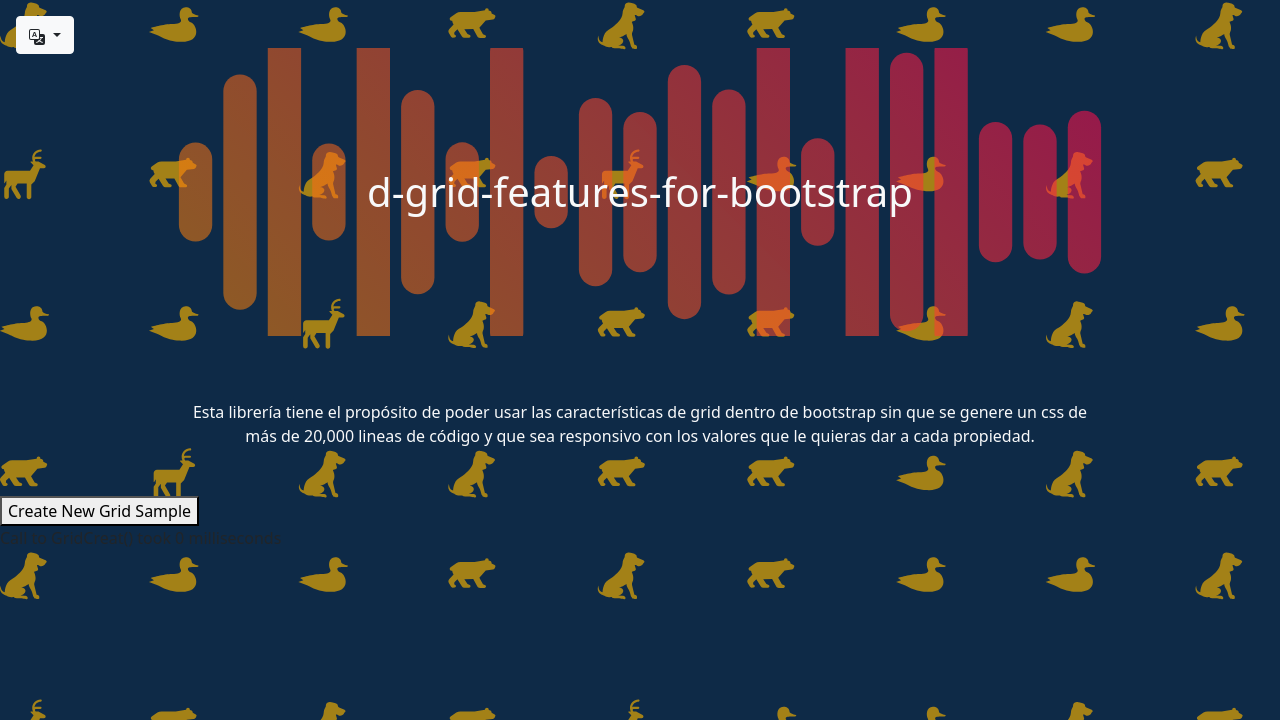
Repository: LynxPardelle/d-grid-features-for-bootstrap
Page: index.html
The author's editor kept a copy of each file at every save. The page is drawn from the files as they stood at one save, then again after the next save.
The browser window is 1280 px wide. The pictures show the whole page.

Above is the page before, as saved 2022-06-23 00:37:14.
Not found: gfbs-styles.css

### index.html
<!DOCTYPE html>
<html lang="es">
  <head>
    <meta charset="UTF-8" />
    <meta http-equiv="X-UA-Compatible" content="IE=edge" />
    <meta name="viewport" content="width=device-width, initial-scale=1.0" />
    <meta name="author" content="Lynx Pardelle" />
    <title>d-grid-features-for-bootstrap</title>
    <link
      href="https://cdn.jsdelivr.net/npm/bootstrap@5.1.3/dist/css/bootstrap.min.css"
      rel="stylesheet"
      integrity="sha384-1BmE4kWBq78iYhFldvKuhfTAU6auU8tT94WrHftjDbrCEXSU1oBoqyl2QvZ6jIW3"
      crossorigin="anonymous"
    />
    <link rel="stylesheet" href="./style.css" />
    <link rel="stylesheet" href="./gfbs-styles.css" />
  </head>
  <body>
    <!-- Change Language -->
    <div class="dropdown">
      <button
        id="switch-lang"
        class="d-block btn btn-light text-dark position-fixed top-0 start-0 mt-3 ms-3 dropdown-toggle"
        type="button"
        id="dropDownLang"
        data-bs-toggle="dropdown"
        aria-expanded="false"
      >
        <svg
          xmlns="http://www.w3.org/2000/svg"
          width="16"
          height="16"
          fill="currentColor"
          class="bi bi-translate"
          viewBox="0 0 16 16"
        >
          <path
            d="M4.545 6.714 4.11 8H3l1.862-5h1.284L8 8H6.833l-.435-1.286H4.545zm1.634-.736L5.5 3.956h-.049l-.679 2.022H6.18z"
          />
          <path
            d="M0 2a2 2 0 0 1 2-2h7a2 2 0 0 1 2 2v3h3a2 2 0 0 1 2 2v7a2 2 0 0 1-2 2H7a2 2 0 0 1-2-2v-3H2a2 2 0 0 1-2-2V2zm2-1a1 1 0 0 0-1 1v7a1 1 0 0 0 1 1h7a1 1 0 0 0 1-1V2a1 1 0 0 0-1-1H2zm7.138 9.995c.193.301.402.583.63.846-.748.575-1.673 1.001-2.768 1.292.178.217.451.635.555.867 1.125-.359 2.08-.844 2.886-1.494.777.665 1.739 1.165 2.93 1.472.133-.254.414-.673.629-.89-1.125-.253-2.057-.694-2.82-1.284.681-.747 1.222-1.651 1.621-2.757H14V8h-3v1.047h.765c-.318.844-.74 1.546-1.272 2.13a6.066 6.066 0 0 1-.415-.492 1.988 1.988 0 0 1-.94.31z"
          />
        </svg>
      </button>
      <ul class="dropdown-menu" aria-labelledby="dropDownLang">
        <li>
          <button class="w-100 btn text-center" onclick="SwitchLang('es')">
            Español
          </button>
        </li>
        <hr />
        <li>
          <button class="w-100 btn text-center" onclick="SwitchLang('en')">
            English
          </button>
        </li>
      </ul>
    </div>

    <h1 class="text-center text-light my-5">d-grid-features-for-bootstrap</h1>

    <div class="text-center text-light p-3 my-3 w-75 mx-auto">
      <p lang="en">
        This library has the purpose of being able to use the grid features
        within bootstrap without generating a css of more than 20,000 lines of
        code and that is responsive with the values that you want to give to
        each property.
      </p>
      <p lang="es">
        Esta librería tiene el propósito de poder usar las características de
        grid dentro de bootstrap sin que se genere un css de más de 20,000
        lineas de código y que sea responsivo con los valores que le quieras dar
        a cada propiedad.
      </p>
    </div>

    <!-- <section class="d-grid bg-dark" data-gfbs data-gfbs-gtc="repeat(4, 1fr)" data-gfbs-gtr="repeat(2, 50px)" > -->
    <!-- <section class="d-grid bg-dark" data-gfbs data-gfbs-gta='"f f b c c a"" f f d e e a"'> -->
    <div id="grid-container"></div>

    <button onclick="CreateNewGridSample();">Create New Grid Sample</button>

    <footer>
      <div id="gfbTimer"></div>
    </footer>

    <script
      src="https://cdn.jsdelivr.net/npm/bootstrap@5.1.3/dist/js/bootstrap.bundle.min.js"
      integrity="sha384-ka7Sk0Gln4gmtz2MlQnikT1wXgYsOg+OMhuP+IlRH9sENBO0LRn5q+8nbTov4+1p"
      crossorigin="anonymous"
    ></script>
    <script src="./d-grid.js"></script>
    <script src="./langChanger.js"></script>
    <script src="./index.js"></script>
  </body>
</html>

### d-grid.js
"use strict";

let alreadyCreatedClasses = [];
let alreadyCreatedClassesNames = [];

async function GridCreate() {
  try {
    let sheets = [...document.styleSheets];
    let filetedSheet = [];
    for (let sheet of sheets) {
      if (sheet.href?.includes("gfbs-styles")) {
        filetedSheet.push(sheet);
      }
    }
    sheets = filetedSheet;
    let startTimeGridCreat = performance.now();
    // let wWidth = window.innerWidth;
    let gridElements = document.querySelectorAll("[data-gfbs]");
    let gfbsStringed = "";
    let gfbsStringedSM = "";
    let gfbsStringedMD = "";
    let gfbsStringedLG = "";
    let gfbsStringedXl = "";
    let gfbsStringedXXL = "";
    for (let gridElement of gridElements) {
      let newClasses = [];
      for (let attribute of gridElement.attributes) {
        let at = attribute.localName;
        let attValue = attribute.value;

        if (at.includes("gfbs-")) {
          let gfb = at.replace("data-", "");
          let newRandomClassName;
          do {
            newRandomClassName = await randomString(8);
          } while (
            alreadyCreatedClassesNames.includes(`${gfb}-${newRandomClassName}`)
          );
          let gfbStringed = `.${gfb}-${newRandomClassName}`;
          let aCrClMessage;
          for (let aCrCl of alreadyCreatedClasses) {
            let aClass = aCrCl.split("DIVISOR")[0];
            let aAttVal = aCrCl.split("DIVISOR")[1];
            if (attValue === aAttVal) {
              newClasses.push(aClass);
              aCrClMessage = "continue";
            }
          }
          if (aCrClMessage === "continue") {
            continue;
          }
          if (
            sheets
              .map((s) =>
                [...s.cssRules].reverse().find(
                  (i) =>
                    i.cssText.includes(gfbStringed) ||
                    i.cssText.includes(
                      attValue
                        .replace(/\n/g, "")
                        .replace(/\s\s/g, "")
                        .replace(/end\]\[row/g, "end row")
                        .replace("]/", "] /")
                    )
                )
              )
              .filter((i) => i)
              .pop()
          ) {
            continue;
          }
          alreadyCreatedClasses.push(
            `${gfb}-${newRandomClassName}DIVISOR${attValue}`
          );
          newClasses.push(`${gfb}-${newRandomClassName}`);
          let gfbSplited = await gfb.split("-");
          let hasBP = false;
          let property = gfbSplited[1];
          if (
            gfbSplited[2] === "sm" ||
            gfbSplited[2] === "md" ||
            gfbSplited[2] === "lg" ||
            gfbSplited[2] === "xl" ||
            gfbSplited[2] === "xxl"
          ) {
            hasBP = true;
          }
          switch (property) {
            // Container
            case "custom":
              gfbStringed += `{${attValue}}`;
              break;
            case "gtc":
              gfbStringed += `{grid-template-columns:${attValue};}`;
              break;
            case "gtr":
              gfbStringed += `{grid-template-rows:${attValue};}`;
              break;
            case "gta":
              gfbStringed += `{grid-template-areas:${attValue};}`;
              break;
            case "gt":
              gfbStringed += `{grid-template:${attValue
                .replace(/\n/g, "")
                .replace(/\s\s/g, "")
                .replace(/end\]\[row/g, "end row")
                .replace("]/", "] /")};}`;
              break;
            case "cg":
              gfbStringed += `{column-gap:${attValue};}`;
              break;
            case "rg":
              gfbStringed += `{row-gap:${attValue};}`;
              break;
            case "gap":
              gfbStringed += `{gap:${attValue};}`;
              break;
            case "ji":
              gfbStringed += `{justify-items:${attValue};}`;
              break;
            case "ai":
              gfbStringed += `{align-items:${attValue};}`;
              break;
            case "pi":
              gfbStringed += `{place-items:${attValue};}`;
              break;
            case "jc":
              gfbStringed += `{justify-content:${attValue};}`;
              break;
            case "ac":
              gfbStringed += `{align-content:${attValue};}`;
              break;
            case "pc":
              gfbStringed += `{place-content:${attValue};}`;
              break;
            case "gac":
              gfbStringed += `{grid-auto-columns:${attValue};}`;
              break;
            case "gar":
              gfbStringed += `{grid-auto-rows:${attValue};}`;
              break;
            case "gaf":
              gfbStringed += `{grid-auto-flow:${attValue};}`;
              break;
            case "grid":
              gfbStringed += `{grid:${attValue};}`;
              break;

            // Item
            case "gcs":
              gfbStringed += `{grid-column-start:${attValue};}`;
              break;
            case "gce":
              gfbStringed += `{grid-column-end:${attValue};}`;
              break;
            case "gc":
              gfbStringed += `{grid-column:${attValue};}`;
              break;
            case "grs":
              gfbStringed += `{grid-row-start:${attValue};}`;
              break;
            case "gre":
              gfbStringed += `{grid-row-end:${attValue};}`;
              break;
            case "gr":
              gfbStringed += `{grid-row:${attValue};}`;
              break;
            case "iga":
              gfbStringed += `{grid-area:${attValue};}`;
              break;
            case "js":
              gfbStringed += `{justify-self:${attValue};}`;
              break;
            case "as":
              gfbStringed += `{align-self:${attValue};}`;
              break;
            case "ps":
              gfbStringed += `{place-self:${attValue};}`;
              break;
          }
          for (let cssProperty of gfbStringed.split(";")) {
            if (!cssProperty.includes("!important") && cssProperty.length > 5) {
              gfbStringed = gfbStringed.replace(
                cssProperty,
                cssProperty + " !important"
              );
            }
          }

          if (gfbStringed.includes("{") && gfbStringed.includes("}")) {
            if (hasBP === true) {
              // gfbStringed = gfbStringed.replace(/\//g, "");
              switch (gfbSplited[2]) {
                case "sm":
                  gfbsStringedSM += gfbStringed;
                  break;
                case "md":
                  gfbsStringedMD += gfbStringed;
                  break;
                case "lg":
                  gfbsStringedLG += gfbStringed;
                  break;
                case "xl":
                  gfbsStringedXl += gfbStringed;
                  break;
                case "xxl":
                  gfbsStringedXXL += gfbStringed;
                  break;
              }
            } else {
              gfbsStringed += gfbStringed + "DIVGFB";
            }
          }
        }
      }
      for (let newClass of newClasses) {
        gridElement.classList.add(newClass.split("DIVISOR")[0]);
      }
    }
    if (gfbsStringed !== "") {
      for (let gfb of gfbsStringed.split("DIVGFB")) {
        if (gfb !== "") {
          await createCSSRules(gfb);
        }
      }
    }
    if (gfbsStringedSM !== "") {
      await createCSSRules(
        `@media only screen and (min-width: 576px) {${gfbsStringedSM}}`
      );
    }
    if (gfbsStringedMD !== "") {
      await createCSSRules(
        `@media only screen and (min-width: 768px) {${gfbsStringedMD}}`
      );
    }
    if (gfbsStringedLG !== "") {
      await createCSSRules(
        `@media only screen and (min-width: 992px) {${gfbsStringedLG}}`
      );
    }
    if (gfbsStringedXl !== "") {
      await createCSSRules(
        `@media only screen and (min-width: 1200px) {${gfbsStringedXl}}`
      );
    }
    if (gfbsStringedXXL !== "") {
      await createCSSRules(
        `@media only screen and (min-width: 1400px) {${gfbsStringedXXL}}`
      );
    }
    var endTimeGridCreat = performance.now();
    let gfbTimer = document.getElementById("gfbTimer");
    if (gfbTimer) {
      console.log(
        `Call to GridCreat() took ${
          endTimeGridCreat - startTimeGridCreat
        } milliseconds`
      );
      gfbTimer.innerHTML = `
      <p class="my-0">
      Call to GridCreat() took ${
        endTimeGridCreat - startTimeGridCreat
      } milliseconds
      </p>
      `;
    }
  } catch (err) {
    console.log(err);
  }
}
async function createCSSRules(rule) {
  try {
    let sheets = [...document.styleSheets];
    let filetedSheet = [];
    for (let sheet of sheets) {
      if (sheet.href?.includes("gfbs-styles")) {
        filetedSheet.push(sheet);
      }
    }
    sheets = filetedSheet;
    let sheet;
    if (sheets[sheets.length - 1]) {
      sheet = sheets[sheets.length - 1];
    } else {
      sheet = sheets.pop();
    }
    let ruleI;
    ruleI = rule;
    let selector = "";
    let props = "";
    let propsArr = [];
    let ruleOriginal = "";
    if (ruleI && !ruleI.split("{")[0].includes("@media")) {
      selector = ruleI.split("{")[0];
      // CSS (& HTML) reduce spaces in selector to one.
      selector = selector.replace("\n", "").replace(/\s+/g, " ");
      let findRule = (s) =>
        [...s.cssRules].reverse().find((i) => i.cssText.includes(selector));
      ruleOriginal = await sheets
        .map(findRule)
        .filter((i) => i)
        .pop();

      props = ruleI.split("{")[1].split("}")[0];
      props = props.trim();
      if (props.lastIndexOf(";") === props.length - 1) {
        props = props.substring(0, props.length - 1);
      }
      if (props.includes("\n")) {
        let propsN = "";
        props.split("\n").forEach((prop) => {
          prop = prop.trim();
          propsN += " " + prop;
        });
        props = propsN.trim();
      }
      propsArr = props.split(/\s*;\s*/).map((i) => i.split(/\s*:\s*/));
    } else {
      let i = 0;
      let newRule = {
        rule: "",
        prop: "",
      };
      for (let ruleISplit of ruleI.split("{")) {
        if (i === 0) {
          ruleOriginal = [];
          i++;
          continue;
        }
        selector = ruleISplit.includes("}")
          ? ruleISplit.split("}")[ruleISplit.split("}").length - 1]
          : ruleISplit;
        // CSS (& HTML) reduce spaces in selector to one.
        if (selector !== "") {
          selector = selector.replace("\n", "").replace(/\s+/g, " ");
          let findRule = (s) =>
            [...s.cssRules].reverse().find((i) => i.cssText.includes(selector));
          let posibleRule = await sheets
            .map(findRule)
            .filter((i) => i)
            .pop();

          if (posibleRule != undefined) {
            newRule.rule = posibleRule;
          }
        } else {
          props = ruleISplit.includes("}")
            ? ruleISplit.split("}")[0]
            : ruleISplit;

          // CSS (& HTML) reduce spaces in selector to one.
          if (props !== "") {
            props = props.replace("\n", "").replace(/\s+/g, " ");
            if (props.lastIndexOf(";") === props.length - 1) {
              props = props.substring(0, props.length - 1);
            }
            if (props.includes("\n")) {
              let propsN = "";
              props.split("\n").forEach((prop) => {
                prop = prop.trim();
                propsN += " " + prop;
              });
              props = propsN.trim();
            }
            let propArr = props.split(/\s*;\s*/).map((i) => i.split(/\s*:\s*/));
            if (newRule.rule != "") {
              newRule.prop = propArr;
              ruleOriginal.push(newRule);
              newRule = {
                rule: "",
                prop: "",
              };
            }
          }
        }
      }
    }
    if (
      (typeof ruleOriginal === "string" && ruleOriginal !== "") ||
      (typeof ruleOriginal === "object" && ruleOriginal[0])
    ) {
      if (ruleOriginal[0]) {
        for (let ruleO of ruleOriginal) {
          console.log(ruleO);
          for (let [prop, val] of ruleO.prop) {
            console.log(prop);
            console.log(val);
            prop = prop
              .replace(/-(.)/g, (a) => {
                return a.toUpperCase();
              })
              .replace(/-/g, "");
            console.log(ruleO.rule);
            ruleO.rule.cssRules[0].style[prop] = await val.split(
              / *!(?=important)/
            );
            console.log(ruleO.rule.cssRules[0]);
          }
        }
      } else {
        for (let [prop, val] of propsArr) {
          console.log(prop);
          prop = prop
            .replace(/-(.)/g, (a) => {
              return a.toUpperCase();
            })
            .replace(/-/g, "");
          ruleOriginal.style[prop] = val.split(/ *!(?=important)/);
        }
      }
    } else {
      await sheet.insertRule(ruleI, sheet.cssRules.length);
    }
  } catch (err) {
    console.log(err);
  }
}

async function randomString(length) {
  let result = "";
  const characters =
    "ABCDEFGHIJKLMNOPQRSTUVWXYZabcdefghijklmnopqrstuvwxyz0123456789";
  const charactersLength = characters.length;
  for (let i = 0; i < length; i++) {
    result += characters.charAt(Math.floor(Math.random() * charactersLength));
  }
  return result;
}

if (window) {
  window.onload = GridCreate();
  window.addEventListener("resize", GridCreate);
}

if (typeof exports != "undefined") {
  exports.GridCreate = GridCreate(() => {
    GridCreate();
  });
  exports.createCSSRules = exportcreateCSSRules((rule) => {
    return createCSSRules(rule);
  });
}

### langChanger.js
let currentLang = document.documentElement.lang;

let elementsEs = document.querySelectorAll('[lang="es"]');
let elementsEn = document.querySelectorAll('[lang="en"]');

if(currentLang === "en"){
  for (let element of elementsEs) {
    element.classList.add("d-none");
  }
} else {
  for (let element of elementsEn) {
    element.classList.add("d-none");
  }
}

// document.getElementById("switch-lang").addEventListener("click", SwitchLang());
function SwitchLang(lang) {
  currentLang = lang;
  document.documentElement.lang = lang;
  switch (true) {
    case currentLang === "es":
      document.documentElement.lang = "es";
      for (let element of elementsEn) {
        if (!hasClass(element, "d-none") && element.nodeName !== "HTML") {
          element.classList.add("d-none");
        }
      }
      for (let element of elementsEs) {
        if (hasClass(element, "d-none")) {
          element.classList.remove("d-none");
        }
      }
      break;
    case currentLang === "en":
      document.documentElement.lang = "en";
      for (let element of elementsEs) {
        if (!hasClass(element, "d-none") && element.nodeName !== "HTML") {
          element.classList.add("d-none");
        }
      }
      for (let element of elementsEn) {
        if (hasClass(element, "d-none")) {
          element.classList.remove("d-none");
        }
      }
      break;
  }
}

function hasClass(element, className) {
  return (" " + element.className + " ").indexOf(" " + className + " ") > -1;
}

### index.js
function CreateNewGridSample() {
  let gridContainer = document.getElementById("grid-container");

  let i = 0;

  const sectionOptions = [
    `
    <section
      class="d-grid w-75 mx-auto my-4"
      data-gfbs
      data-gfbs-custom="background-color: black; padding: 1rem;"
      data-gfbs-custom-sm="background-color: pink; padding: 2rem;"
      data-gfbs-custom-md="background-color: orange; padding: 3rem;"
      data-gfbs-gt='
      [row1-start] "a a b ." 12.5px [row1-end]
      [row2-start] "a a b ." 12.5px [row2-end]
      [row3-start] "c c b d" 12.5px [row3-end]
      [row4-start] "c c b d" 12.5px [row4-end]
      [row5-start] "e e e d" 12.5px [row5-end]
      [row6-start] "e e e d" 12.5px [row6-end]
      [row7-start] ". f f f" 12.5px [row7-end]
      [row8-start] ". f f f" 12.5px [row8-end]
      [row9-start] "g g g g" 25px [row9-end]
      / 2fr 1fr 1fr 3fr'
      data-gfbs-gt-sm='
      [row1-start] "a b b ." 25px [row1-end]
      [row2-start] "a b b ." 25px [row2-end]
      [row3-start] "c c c ." 25px [row3-end]
      [row4-start] "c c c ." 25px [row4-end]
      [row5-start] "e e d d" 25px [row5-end]
      [row6-start] "e e d d" 25px [row6-end]
      [row7-start] ". f f ." 25px [row7-end]
      [row8-start] ". f f ." 25px [row8-end]
      [row9-start] "g g g g" 50px [row9-end]
      / 1fr 2fr 2fr 1fr'
      data-gfbs-gt-md='
      [row1-start] "a a a b" 37.5px [row1-end]
      [row2-start] "a a a b" 37.5px [row2-end]
      [row3-start] "c c d d" 37.5px [row3-end]
      [row4-start] "c c d d" 37.5px [row4-end]
      [row5-start] "e e d d" 37.5px [row5-end]
      [row6-start] "e e d d" 37.5px [row6-end]
      [row7-start] "f f f f" 37.5px [row7-end]
      [row8-start] "g g g g" 37.5px [row8-end]
      [row9-start] "g g g g" 75px [row9-end]
      / 1fr 2fr 2fr 1fr'
      data-gfbs-gt-lg='
      [row1-start] "a a b ." 50px [row1-end]
      [row2-start] "a a b ." 50px [row2-end]
      [row3-start] "c c b d" 50px [row3-end]
      [row4-start] "c c b d" 50px [row4-end]
      [row5-start] "e e e d" 50px [row5-end]
      [row6-start] "e e e d" 50px [row6-end]
      [row7-start] ". f f f" 50px [row7-end]
      [row8-start] ". f f f" 50px [row8-end]
      [row9-start] "g g g g" 100px [row9-end]
      / 1fr 2fr 2fr 1fr'
      data-gfbs-gt-xl='
      [row1-start] "a a b ." 62.5px [row1-end]
      [row2-start] "a a b ." 62.5px [row2-end]
      [row3-start] "c c b d" 62.5px [row3-end]
      [row4-start] "c c b d" 62.5px [row4-end]
      [row5-start] "e e e d" 62.5px [row5-end]
      [row6-start] "e e e d" 62.5px [row6-end]
      [row7-start] ". f f f" 62.5px [row7-end]
      [row8-start] ". f f f" 62.5px [row8-end]
      [row9-start] "g g g g" 125px [row9-end]
      / 1fr 2fr 2fr 1fr'
      data-gfbs-gt-xxl='
      [row1-start] "a a b ." 87.5px [row1-end]
      [row2-start] "a a b ." 87.5px [row2-end]
      [row3-start] "c c b d" 87.5px [row3-end]
      [row4-start] "c c b d" 87.5px [row4-end]
      [row5-start] "e e e d" 87.5px [row5-end]
      [row6-start] "e e e d" 87.5px [row6-end]
      [row7-start] ". f f f" 87.5px [row7-end]
      [row8-start] ". f f f" 87.5px [row8-end]
      [row9-start] "g g g g" 150px [row9-end]
      / 1fr 2fr 2fr 1fr'
      data-gfbs-gap="0.5rem"
      >
  `,
    `<section class="d-grid bg-dark" data-gfbs data-gfbs-gtc="repeat(4, 1fr)" data-gfbs-gtr="repeat(2, 50px)" >`,
    `<section class="d-grid bg-dark" data-gfbs data-gfbs-gta='"f f b c c a"" f f d e e a"'>`,
  ];

  gridContainer.innerHTML += `
  ${sectionOptions[i]}
        <!-- data-gfbs-cg="1rem"
        data-gfbs-rg="1rem" -->
        <div
          data-gfbs
          data-gfbs-iga="a"
          data-gfbs-iga-sm="g"
          class="bg-primary p-1"
        >
          1
        </div>

        <div data-gfbs data-gfbs-iga="b" class="bg-secondary p-1">2</div>
        <div data-gfbs data-gfbs-iga="c" class="bg-warning p-1">3</div>
        <div
          data-gfbs
          data-gfbs-iga="d"
          data-gfbs-iga-lg="f"
          class="bg-danger p-1"
        >
          4
        </div>
        <div data-gfbs data-gfbs-iga="e" class="bg-success p-1">5</div>
        <div data-gfbs data-gfbs-iga="f" data-gfbs-iga-md="a" class="bg-info p-1">
          6
        </div>
      </section>
  `;
  if(i < sectionOptions.length){
    i++;
  } else {
    i = 0;
  }
  GridCreate();
}

Loaded but not shown: style.css (library)

After the next save:
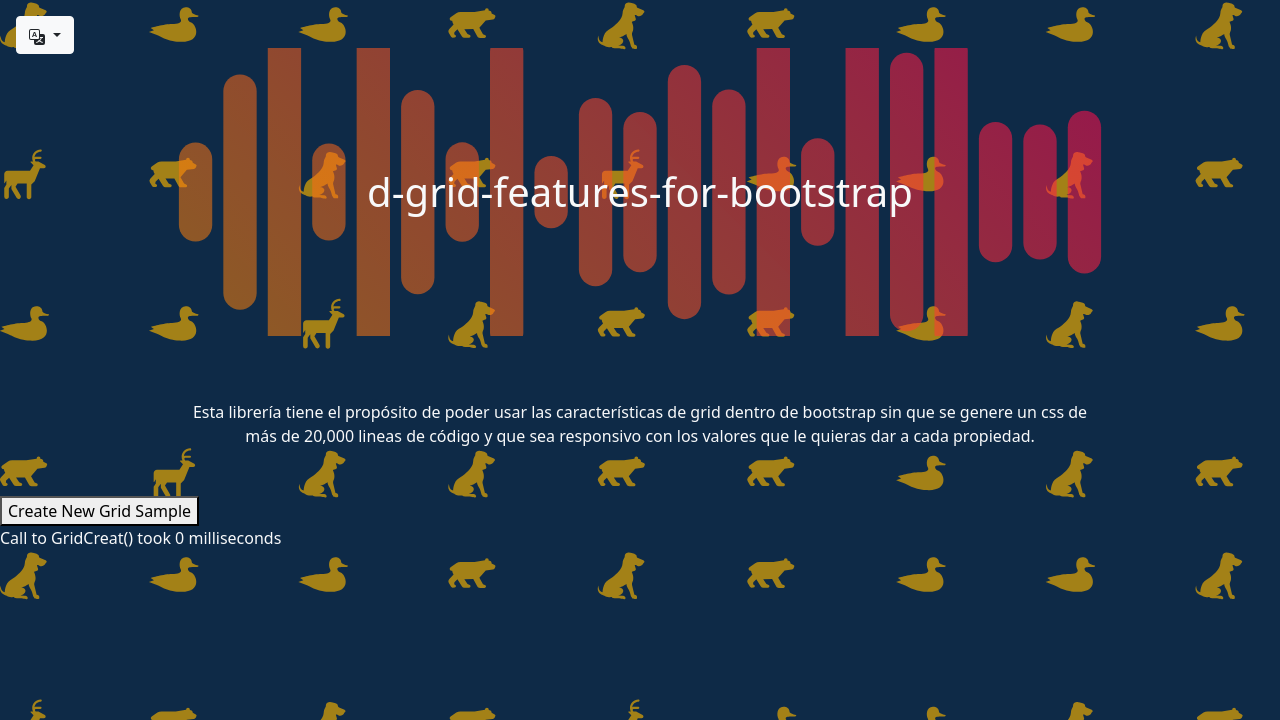
Saved 30 s later.
--- a/index.html
+++ b/index.html
@@ -73,17 +73,9 @@
         a cada propiedad.
       </p>
     </div>
-
-    <!-- <section class="d-grid bg-dark" data-gfbs data-gfbs-gtc="repeat(4, 1fr)" data-gfbs-gtr="repeat(2, 50px)" > -->
-    <!-- <section class="d-grid bg-dark" data-gfbs data-gfbs-gta='"f f b c c a"" f f d e e a"'> -->
+    <button onclick="CreateNewGridSample();">Create New Grid Sample</button>
     <div id="grid-container"></div>
-
-    <button onclick="CreateNewGridSample();">Create New Grid Sample</button>
-
-    <footer>
-      <div id="gfbTimer"></div>
-    </footer>
-
+    <footer id="gfbTimer" class="text-light"></footer>
     <script
       src="https://cdn.jsdelivr.net/npm/bootstrap@5.1.3/dist/js/bootstrap.bundle.min.js"
       integrity="sha384-ka7Sk0Gln4gmtz2MlQnikT1wXgYsOg+OMhuP+IlRH9sENBO0LRn5q+8nbTov4+1p"
